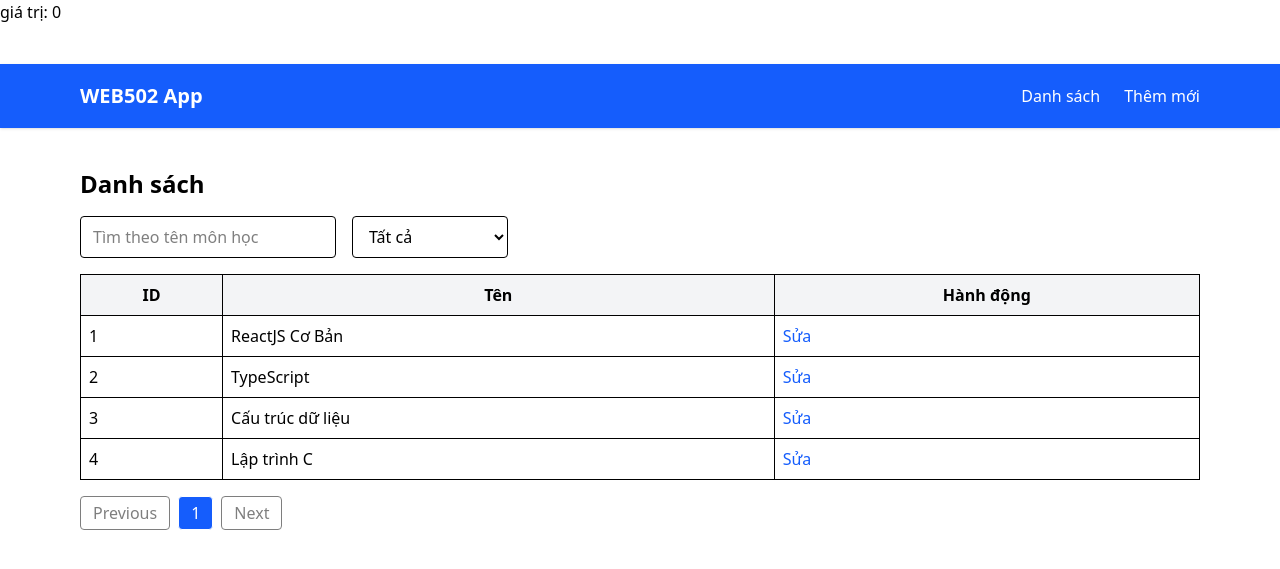
Repository: DODUCHUY195/Lap_Trinh_TypeScript
Page: /
An editor plug-in stored every save of this project. The page is shown before and after the next save, followed by the edit.
The browser window is 1280 px wide. The pictures show the whole page.
The project was rebuilt for these pictures with package versions that can differ from the ones it lists, and the page was loaded fresh each time. Requests to the local data server were answered from the project's data file. Also part of the build but not shown: vite.config.ts, src/pages/Add.tsx, src/pages/Edit.tsx.

Above is the page before, as saved 2026-01-16 20:17:12.

### src/App.tsx
import { Toaster } from "react-hot-toast";
import { Link, Routes, Route } from "react-router-dom";

import List from "./pages/List";
import Add from "./pages/Add";
import Edit from "./pages/Edit";
import Button from "./components/Button";
import { useEffect, useState } from "react";


function App() {
  const [count, setCount] = useState(0); //State
  useEffect(() => {
    document.title = `Bạn đã nhấn ${count} lần`;
  }, [count]);

  return (
    <>
      {/* NAVBAR */}
      <p>giá trị: {count}
        </p>
       <Button label="Hãy nhấn vào đây" onlick={() => setCount(count + 1)} color="black" /> {/* Props */}

      <Button label="Hãy nhấn vào đây" onlick={() => alert('Button clicked!')} color="black" />
        <Button label="Hãy nhấn vào đây" onlick={() => alert('Button clicked2!')} color="red" />
      <nav className="bg-blue-600 text-white shadow">
        <div className="max-w-6xl mx-auto px-4 h-16 flex items-center justify-between">
          <Link to="/" className="text-xl font-semibold">
            <strong>WEB502 App</strong>
          </Link>

          <div className="flex items-center space-x-6">
            <Link to="/" className="hover:text-gray-200">
              Danh sách
            </Link>
            <Link to="/add" className="hover:text-gray-200">
              Thêm mới
            </Link>
          </div>
        </div>
      </nav>

      <div className="max-w-6xl mx-auto mt-10 px-4">
        <Routes>
          <Route path="/" element={<List />} />
          <Route path="/add" element={<Add />} />
          <Route path="/edit/:id" element={<Edit />} />
        </Routes>
      </div>

      <Toaster />
    </>
  );
}

export default App;

### src/pages/List.tsx
import { useEffect, useState } from "react";
import { Link } from "react-router-dom";
import type { Subject } from "../types/Subject";

const List = () => {
  const [subjects, setSubjects] = useState<Subject[]>([]);
  const [searchTerm, setSearchTerm] = useState<string>("");
  const [category, setCategory] = useState<string>("Tất cả");
  const [currentPage, setCurrentPage] = useState<number>(1);
  const itemsPerPage = 5;
  const categories = ["Tất cả", "Cơ sở", "Chuyên ngành", "Đại cương"];

  useEffect(() => {

    const getAll = async () => {
      try {

        const response = await fetch("http://localhost:3000/subject");
        const data: Subject[] = await response.json();
        setSubjects(data);
      } catch (error) {

          console.error("Error fetching subjects:", error);
        }

    };
    getAll();
  }, []);
  useEffect(() => {
    setCurrentPage(1);
  }, [searchTerm, category]);
  const term = searchTerm.trim().toLowerCase();
  const filtered = subjects.filter(
    (s) =>
      (!term || s.name.toLowerCase().includes(term)) &&
      (category === "Tất cả" || s.category === category)
  );
  const totalPages = Math.max(1, Math.ceil(filtered.length / itemsPerPage));
  const page = Math.min(currentPage, totalPages);
  const start = (page - 1) * itemsPerPage;
  const pageItems = filtered.slice(start, start + itemsPerPage);
  const pages = Array.from({ length: totalPages }, (_, i) => i + 1);

  return (
    <div>
      <h1 className="text-2xl font-bold mb-4">Danh sách</h1
      >
      <div className="flex items-center gap-4 mb-4">
        <input
          value={searchTerm}
          onChange={(e) => setSearchTerm(e.target.value)}
          placeholder="Tìm theo tên môn học"
          className="border rounded px-3 py-2 w-64"
        />
        <select
          value={category}
          onChange={(e) => setCategory(e.target.value)}
          className="border rounded px-3 py-2"
        >
          {categories.map((c) => (
            <option key={c} value={c}>
              {c}
            </option>
          ))}
        </select>
      </div>


      <table className="w-full border">
        <thead>
          <tr className="bg-gray-100">
            <th className="border p-2">ID</th>
            <th className="border p-2">Tên</th>
            <th className="border p-2">Hành động</th>
          </tr>
        </thead>
        <tbody>
          {pageItems.length === 0 ? (
            <tr>
              <td className="border p-2 text-center" colSpan={3}>
                Không có dữ liệu phù hợp
              </td>
            </tr>
          ) : (
            pageItems.map((item) => (
              <tr key={item.id}>
                <td className="border p-2">{item.id}</td>
                <td className="border p-2">{item.name}</td>
                <td className="border p-2">
                  <Link to={`/edit/${item.id}`} className="text-blue-600 hover:underline">
                    Sửa
                  </Link>
                </td>
              </tr>
            ))
          )}
        </tbody>
      </table>
      <div className="flex items-center gap-2 mt-4">
        <button
          className="px-3 py-1 border rounded disabled:opacity-50"
          disabled={page === 1}
          onClick={() => setCurrentPage((p) => Math.max(1, p - 1))}
        >
          Previous
        </button>
        {pages.map((p) => (
          <button
            key={p}
            className={`px-3 py-1 border rounded ${p === page ? "bg-blue-600 text-white" : ""}`}
            onClick={() => setCurrentPage(p)}
          >
            {p}
          </button>
        ))}
        <button
          className="px-3 py-1 border rounded disabled:opacity-50"
          disabled={page === totalPages}
          onClick={() => setCurrentPage((p) => Math.min(totalPages, p + 1))}
        >
          Next
        </button>
      </div>
    </div>
  );
};

export default List;

### src/components/Button.tsx
type Props = {
    label: "Hãy nhấn vào đây";
    onlick: () => void;
    color: "black" | "red" | "green";
}

function Button({ label, onlick, color }: Props){
    return <button onClick={onlick} className={`bg-${color}-500 text-white px-4 py-2 rounded`}>{label}</button>;
}

export default Button;

### db.json
{
    "subject": [
{
    "id": 1,
    "name": "ReactJS Cơ Bản",
    "credit": 3,
    "category": "Chuyên ngành",
    "teacher": "Nguyễn Văn A"
  },
  {
    "id": 2,
    "name": "TypeScript",
    "credit": 2,
    "category": "Chuyên ngành",
    "teacher": "Trần Thị B"
  },
  {
    "id": 3,
    "name": "Cấu trúc dữ liệu",
    "credit": 3,
    "category": "Cơ sở",
    "teacher": "Lê Văn C"
  },
  {
    "id": 4,
    "name": "Lập trình C",
    "credit": 4,
    "category": "Đại cương",
    "teacher": "Phạm Văn D"
  }
    ]
}

Loaded but not shown: index.html (common file); src/main.tsx (common file); src/index.css (common file)

After the next save:
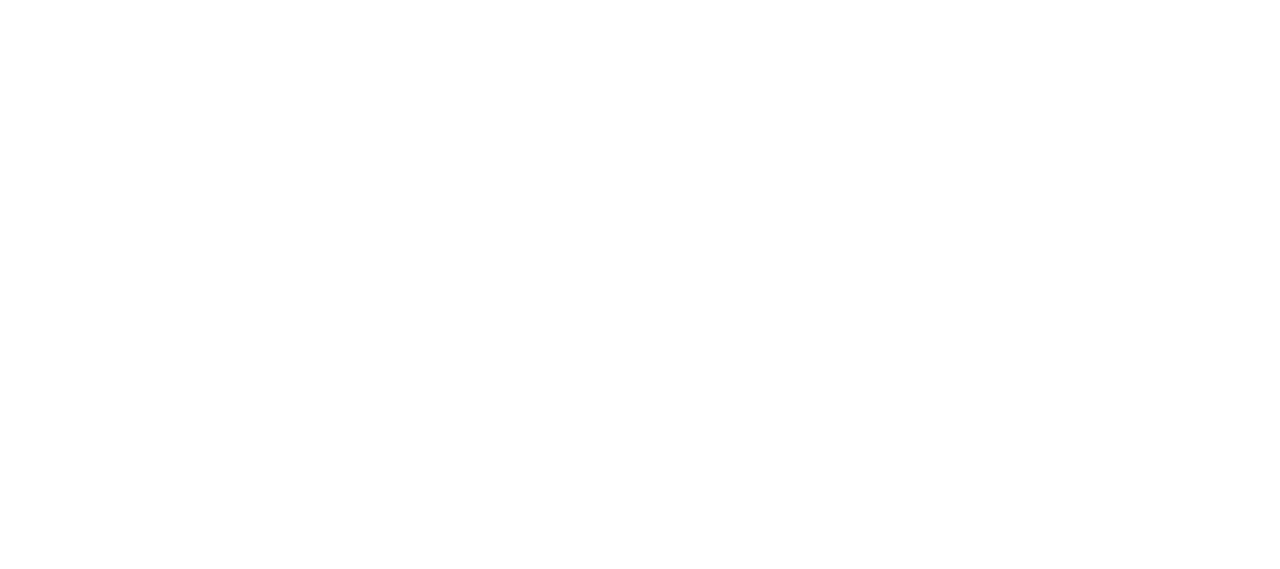
Console error: ReferenceError: category is not defined
Saved 5 min 53 s later.
--- a/src/pages/List.tsx
+++ b/src/pages/List.tsx
@@ -5,10 +5,10 @@ import type { Subject } from "../types/Subject";
 const List = () => {
   const [subjects, setSubjects] = useState<Subject[]>([]);
   const [searchTerm, setSearchTerm] = useState<string>("");
-  const [category, setCategory] = useState<string>("Tất cả");
+  const [teacherFilter, setTeacherFilter] = useState<string>("Tất cả");
   const [currentPage, setCurrentPage] = useState<number>(1);
   const itemsPerPage = 5;
-  const categories = ["Tất cả", "Cơ sở", "Chuyên ngành", "Đại cương"];
+  const teachers = ["Tất cả", ...Array.from(new Set(subjects.map((s) => s.teacher)))];
 
   useEffect(() => {
 
@@ -28,12 +28,12 @@ const List = () => {
   }, []);
   useEffect(() => {
     setCurrentPage(1);
-  }, [searchTerm, category]);
+  }, [searchTerm, teacherFilter]);
   const term = searchTerm.trim().toLowerCase();
   const filtered = subjects.filter(
     (s) =>
       (!term || s.name.toLowerCase().includes(term)) &&
-      (category === "Tất cả" || s.category === category)
+      (teacherFilter === "Tất cả" || s.teacher === teacherFilter)
   );
   const totalPages = Math.max(1, Math.ceil(filtered.length / itemsPerPage));
   const page = Math.min(currentPage, totalPages);

After the save that followed:
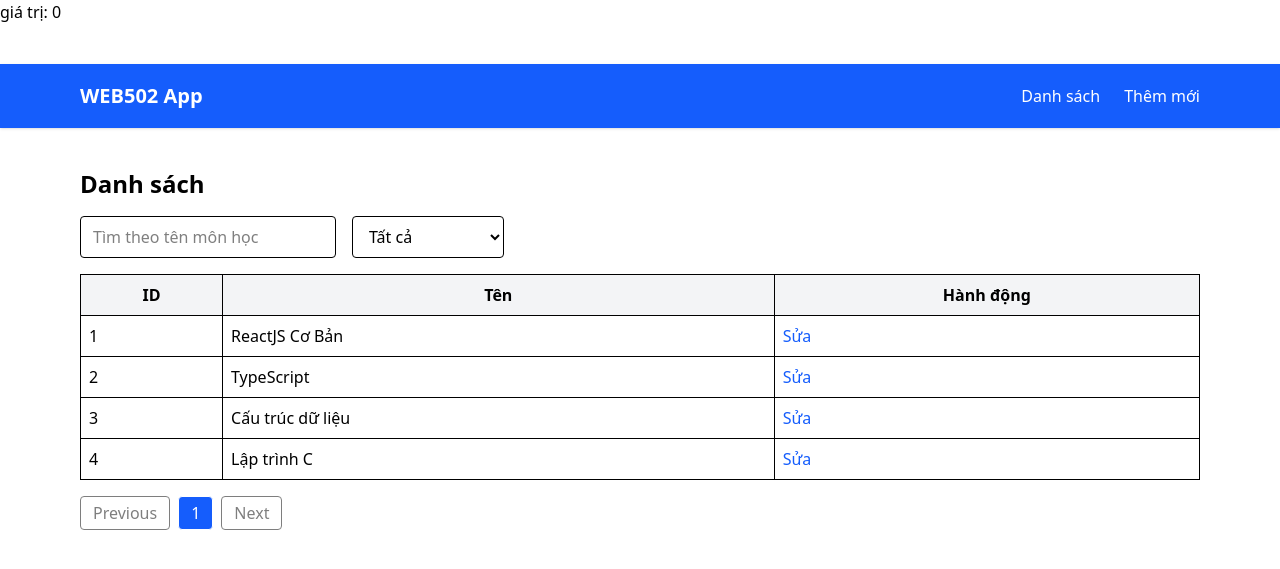
The error is gone.
Saved 7 s later.
--- a/src/pages/List.tsx
+++ b/src/pages/List.tsx
@@ -43,8 +43,7 @@ const List = () => {
 
   return (
     <div>
-      <h1 className="text-2xl font-bold mb-4">Danh sách</h1
-      >
+      <h1 className="text-2xl font-bold mb-4">Danh sách</h1>
       <div className="flex items-center gap-4 mb-4">
         <input
           value={searchTerm}
@@ -53,13 +52,13 @@ const List = () => {
           className="border rounded px-3 py-2 w-64"
         />
         <select
-          value={category}
-          onChange={(e) => setCategory(e.target.value)}
+          value={teacherFilter}
+          onChange={(e) => setTeacherFilter(e.target.value)}
           className="border rounded px-3 py-2"
         >
-          {categories.map((c) => (
-            <option key={c} value={c}>
-              {c}
+          {teachers.map((t) => (
+            <option key={t} value={t}>
+              {t}
             </option>
           ))}
         </select>
